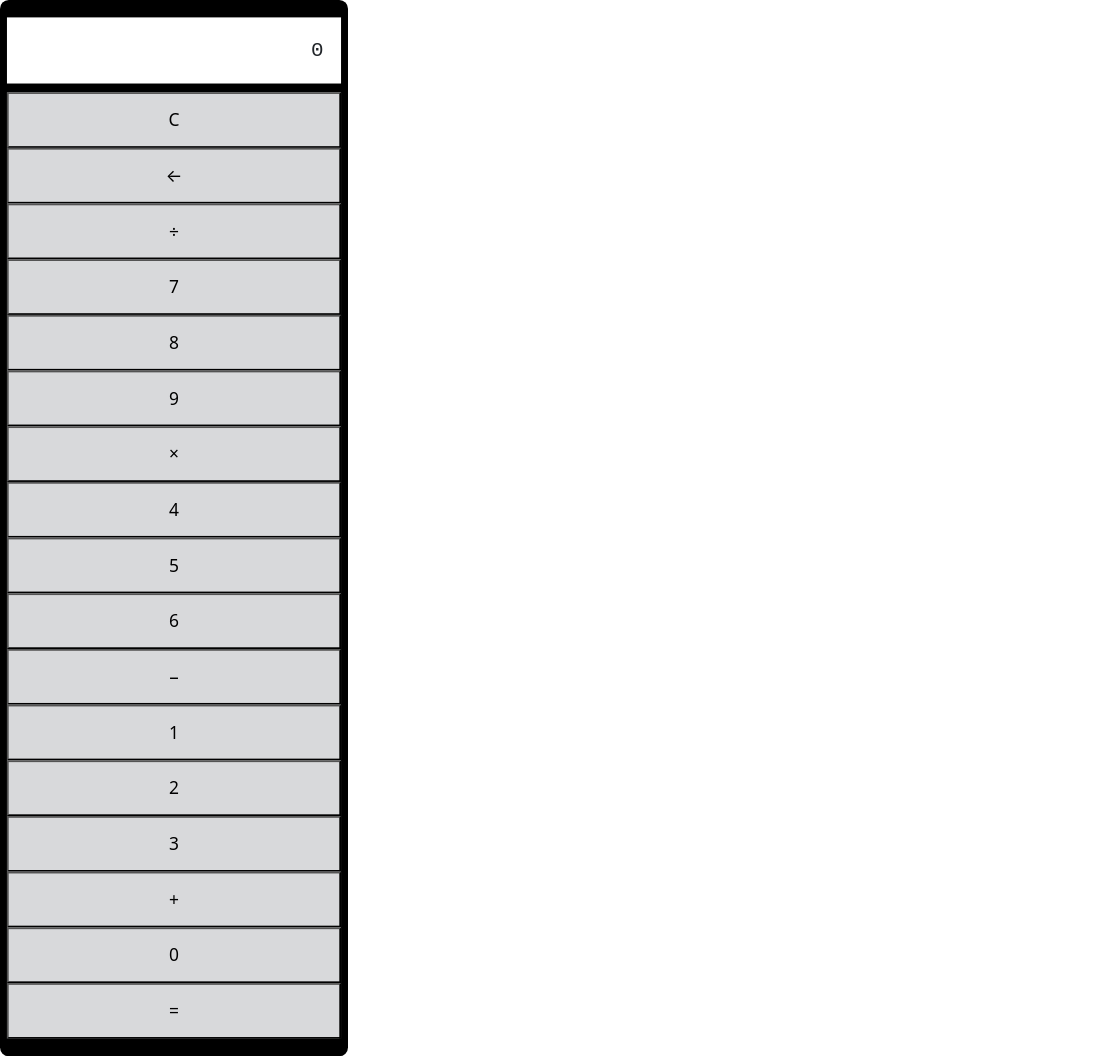
Repository: jgramirez0210/LAB-calculator
Page: index.html
The author's editor kept a copy of each file at every save. The page is drawn from the files as they stood at one save, then again after the next save.
The browser window is 1280 px wide. The pictures show the whole page, at 87% of full size.

Above is the page before, as saved 2023-10-10 20:50:26.

### index.html
<!DOCTYPE html>
<html lang="en">
<head>
  <meta charset="UTF-8">
  <meta name="viewport" content="width=device-width, initial-scale=1.0">
  <title>Calculator</title>
  <link href="https://cdn.jsdelivr.net/npm/bootstrap@5.3.2/dist/css/bootstrap.min.css" rel="stylesheet" integrity="sha384-T3c6CoIi6uLrA9TneNEoa7RxnatzjcDSCmG1MXxSR1GAsXEV/Dwwykc2MPK8M2HN" crossorigin="anonymous">
  <link rel="stylesheet" href="main.css">
</head>
<body>
  <div class="calculator-wrapper">
    <div class="row">
    <div id="display">0</div>
    <button id="clear-btn">C</button>
    <button id="back-btn">←</button>
    <button id="divide-btn">÷</button>
  </div>
  <div class="row">
    <button id="7">7</button>
    <button id="8">8</button>
    <button id="9">9</button>
    <button id="multiply">×</button>
  </div>
  <div class="row">
    <button id="4">4</button>
    <button id="5">5</button>
    <button id="6">6</button>
    <button id="minus">−</button>
  </div>
  <div class="row">
    <button id="1">1</button>
    <button id="2">2</button>
    <button id="3">3</button>
    <button id="add">+</button>
  </div>
  <div class="row">
    <button id="0">0</button>
    <button id="=">=</button>
  </div>
  </div>
  <script src="https://cdn.jsdelivr.net/npm/bootstrap@5.3.2/dist/js/bootstrap.bundle.min.js" integrity="sha384-C6RzsynM9kWDrMNeT87bh95OGNyZPhcTNXj1NW7RuBCsyN/o0jlpcV8Qyq46cDfL" crossorigin="anonymous"></script>
  <script src="main.js"></script>
</body>
</html>

### main.css
.calculator-wrapper {
  width: 400px;
  background-color: #000000;
  padding: 20px;
  border-radius: 10px;
}

#display {
  font-family: monospace;
  background-color: #ffffff;
  padding: 20px;
  font-size: 24px;
  margin-bottom: 10px;
  text-align: right;
}

.row {
  display: flex;
  justify-content: space-between;
  margin-bottom: 2$;
}

button {
  width: 24.5%;
  padding:15px;
  font-size: 20px;
  background-color: #d8d9db;
  border
}

### main.js
console.log("testeroo")

After the next save:
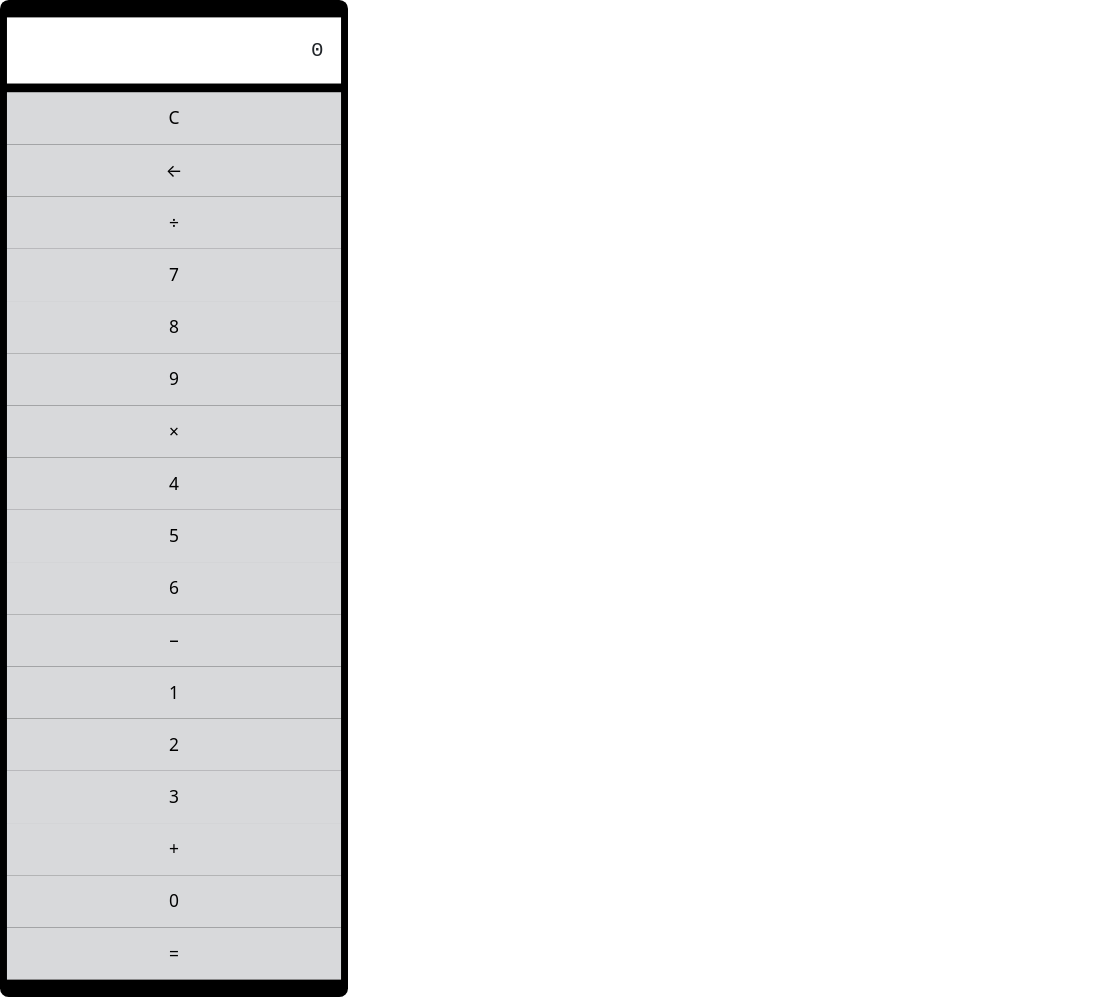
Saved 4 s later.
--- a/main.css
+++ b/main.css
@@ -25,5 +25,6 @@ button {
   padding:15px;
   font-size: 20px;
   background-color: #d8d9db;
-  border
+  border: none;
+
 }
